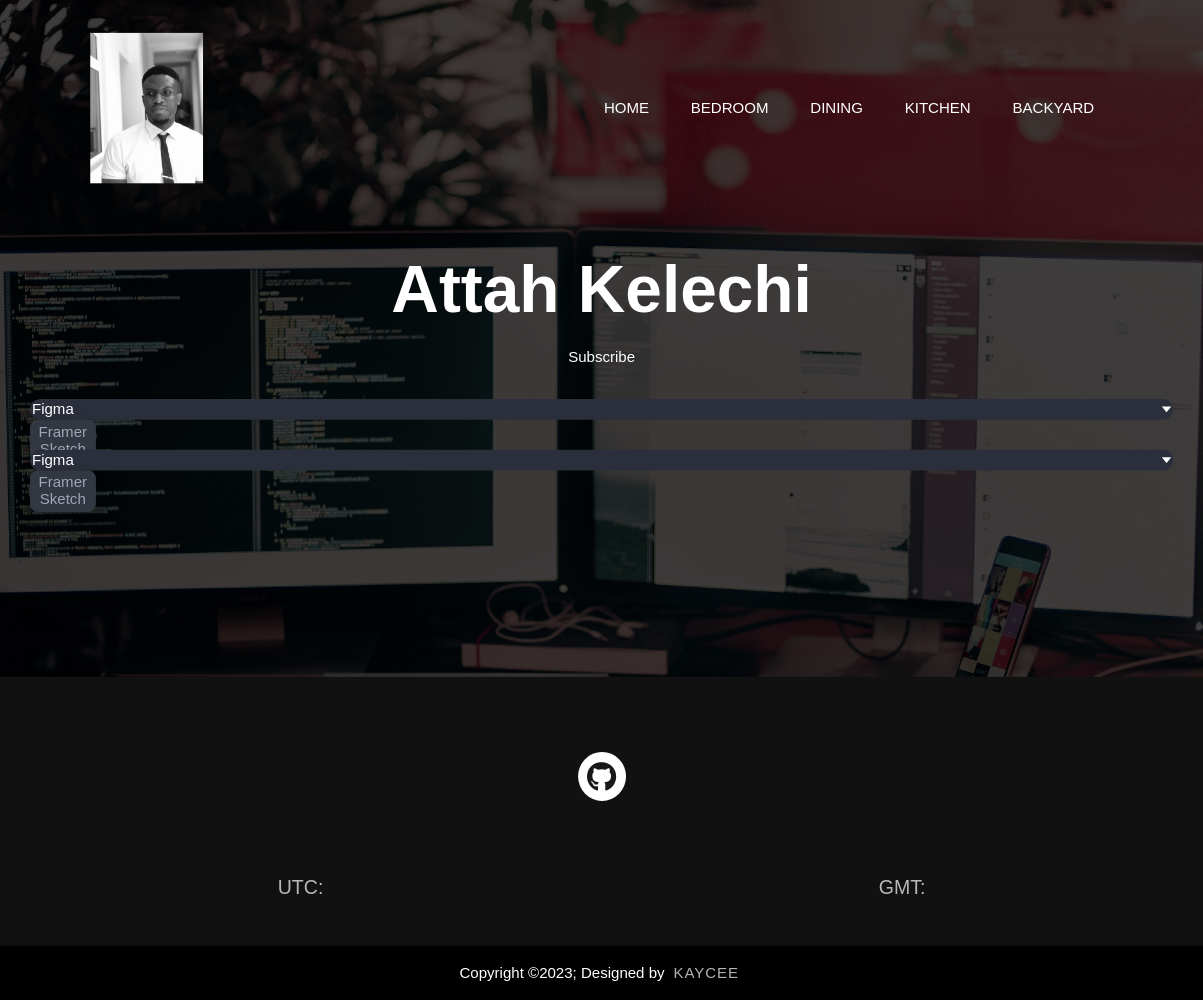
Repository: Kaycee-attah/HNG-Internship_2023
Page: index.html
The author's editor kept a copy of each file at every save. The page is drawn from the files as they stood at one save, then again after the next save.
The browser window is 1280 px wide. The pictures show the whole page, at 94% of full size.

Above is the page before, as saved 2023-09-07 09:48:59.

### index.html
<!DOCTYPE html>
<html lang="en">
<head>
    <meta charset="UTF-8">
    <meta name="viewport" content="width=device-width, initial-scale=1.0">
    <title>How to make a website - Easy tutorial</title>
    <link rel="stylesheet" href="style.css">
    <link rel="stylesheet" href="https://cdnjs.cloudflare.com/ajax/libs/font-awesome/6.4.2/css/all.min.css" integrity="sha512-z3gLpd7yknf1YoNbCzqRKc4qyor8gaKU1qmn+CShxbuBusANI9QpRohGBreCFkKxLhei6S9CQXFEbbKuqLg0DA==" crossorigin="anonymous" referrerpolicy="no-referrer" />
</head>
<body>
    <div class="banner">
        <div class="navbar">
            <img class="logo" src="slack_DP.JPG" alt="Kaycee" data-testid="slackDisplayImage">
            <ul>
                <li><a href="#">Home</a></li>
                <li><a href="#">Bedroom</a></li>
                <li><a href="#">Dining</a></li>
                <li><a href="#">Kitchen</a></li>
                <li><a href="#">Backyard</a></li>
            </ul>
        </div>
    </div>
    <div class="content">
        <h1 data-testid="slackUserName">Attah Kelechi</h1>
        <p>Subscribe</p>
        <div class="track_info">
            <div class="dropdown">
                <div class="select">
                    <span class="selected">Figma</span>
                    <div class="caret"></div>
                </div>
                <ul class="menu">
                    <li>Framer </li>
                    <li>Sketch </li>
                </ul>

                <!-- <button type="button"><span class="btn"></span> MORE</button>
                <button type="button"><span class="btn"></span>SUBSCRIBE</button> -->
            </div>
            <div class="dropdown">
                <div class="select">
                    <span class="selected">Figma</span>
                    <div class="caret"></div>
                </div>
                <ul class="menu">
                    <li>Framer </li>
                    <li>Sketch </li>
                </ul>

                <!-- <button type="button"><span class="btn"></span> MORE</button>
                <button type="button"><span class="btn"></span>SUBSCRIBE</button> -->
            </div>
        </div>


    </div>
    <footer>
        <div class="footer_Container">
            <div class="social-icon">
                <a href=""><i class="fa-brands fa-github"></i></a>
            </div>

        </div>
        <div class="footer_Info">
            <ul>
                <li>UTC: </li>
                <li>GMT: </li>
            </ul>
        </div>
        <div class="footer_Bottom">
            <p>Copyright &copy;2023; Designed by <span class="designer">Kaycee</span></p>
        </div>
    </footer>

    <script src="script.js"></script>
</body>

</html>

### style.css
*{
    margin: 0;
    padding: 0;
    font-family: sans-serif;

}
body{
    background-image: linear-gradient(rgba(0,0,0,0.75), rgba(0,0,0,0.75)), url(IMG_6759.JPG);
    background-size: cover;
    background-position: center;
}

.banner{
    width: 100%;
    height: 100vh;


}
.navbar{
    width: 85%;
    margin: auto;
    padding: 35px 0;
    display: flex;
    align-items: center;
    justify-content: space-between;
}
.logo{
    width: 120px;
    cursor: pointer;
}
.navbar ul li{
    list-style: none;
    display: inline-block;
    margin: 0 20px;
    position: relative;
}
.navbar ul li a{
    text-decoration: none;
    color: #fff;
    text-transform: uppercase;
}
.navbar ul li::after{
    content: "";
    height: 3px;
    width: 0;
    background: #009688;
    position: absolute;
    left: 0;
    bottom: -10px;
    transition: 0.5s;
}
.navbar ul li:hover::after{
    width: 100%;
}
.content{
    width: 100%;
    position: absolute;
    top: 50%;
    transform: translateY(-50%);
    text-align: center;
    color: #fff;
}
.content h1{
    font-size: 70px;
    margin-top: 80px;
}
.content p{
    margin: 20px auto;
    font-weight: 100;
    line-height: 25px;
}
.dropdown{
    min-width: 15em;
    position: relative;
    margin: 2em;
    /* display: flex;
    justify-content: space-between;
    align-items: center; */

}
.dropdown *{
    box-sizing: border-box;
}

.select{
    background: #2a2f3b;
    color: #fff;
    display: flex;
    justify-content: space-between;
    align-items: center;
    border: 2px #2a2f3b solid;
    border-radius: 1em;
    cursor: pointer;
    transition: background 0.3s;
}
.select-clicked{
    border: 2px #26489a solid;
    box-shadow: 0 0 0.8em #26489a;
}

.select:hover{
    background: #323741;
}

.caret{
    width: 0;
    height: 0;
    border-left: 5px solid transparent;
    border-right: 5px solid transparent;
    border-top: 6px solid #fff;
    transition: 0.3s;
}

.caret-rotate{
    transform: rotate(180deg);
}

.menu{
    list-style: none;
    padding: 0.2em 0.5em;
    background: #323741;
    border: 1px #363a43 solid;
    box-shadow: 0 0.5em 1em rgba(0, 0, 0, 0.2);
    border-radius: 0.5em;
    color: #9fa5b5;
    position: absolute;
}


button{
    width: 200px;
    padding: 15px 0;
    text-align: center;
    margin: 20px 10px;
    border-radius: 25px;
    font-weight: bold;
    border: 2px solid #009688;
    background: transparent;
    color: #fff;
    cursor: pointer;
    position: relative;
    overflow: hidden;
}
.btn{
    background: #009688;
    height: 100%;
    width: 0;
    border-radius: 25px;
    position: absolute;
    left: 0;
    bottom: 0;
    z-index: -1;
    transition: 0.5s;
}
button:hover span{
    width: 100%;
}
footer{
    background-color: #111;
    width: 100%;
}
.footer_Container{
    /* width: 100%; */
    padding: 70px 30px 20px;
}
.social-icon{
    display: flex;
    justify-content: center;
}
.social-icon a{
    text-decoration: none;
    padding: 10px;
    background-color: white;
    margin: 10px;
    border-radius: 50%;
}
.social-icon a i{
    font-size: 2em;
    color: black;
    opacity: 0.9;
}


.social-icon a:hover{
    background-color: #111;
    transition: 0.5s;
}
.social-icon a:hover i{
    background-color: white;
    transition: 0.5s;
}
.footer_Info{
    margin: 30px 0;
}
.footer_Info ul{
    display: flex;
    justify-content: space-around;
}
.footer_Info ul li{
    color: white;
    margin: 20px;
    text-decoration: none;
    list-style: none;
    font-size: 1.3em;
    opacity: 0.7;
    transition: 0.5s;
}

.footer_Bottom {
    background-color: #000;
    padding: 20px;
    text-align: center;
}
.footer_Bottom p{
    color: white;

}
.designer{
    opacity: 0.7;
    text-transform: uppercase;
    letter-spacing: 1px;
    font-weight: 400;
    margin: 0px 5px;
    /* position: fixed; */
}

@media (max-width: 700px){
    .footer_Info ul{
        flex-direction: column;
    }
    .footer_Info ul li{
        width: 100%;
        text-align: center;
        margin: 10px 0;
    }
}

### script.js
const now = new Date();
const day = now.getDay();
const hours = now.getHours();
const minutes = now.getMinutes();
const UTCtimeStamp = now.getTime();
const GMTdate_and_time = now.toUTCString();
const daysOfWeek = [
    "Sunday",
    "Monday",
    "Tuesday",
    "Wednesday",
    "Thursday",
    "Friday",
    "Saturday"
]
const today = daysOfWeek[day];
const UTC = now.getUTCMilliseconds();
console.log("Current day of the week:", today)
console.log("UTC:", UTC)

console.log("UTCtimeStamp:", UTCtimeStamp)
console.log("GMTdate_and_time:", GMTdate_and_time)

After the next save:
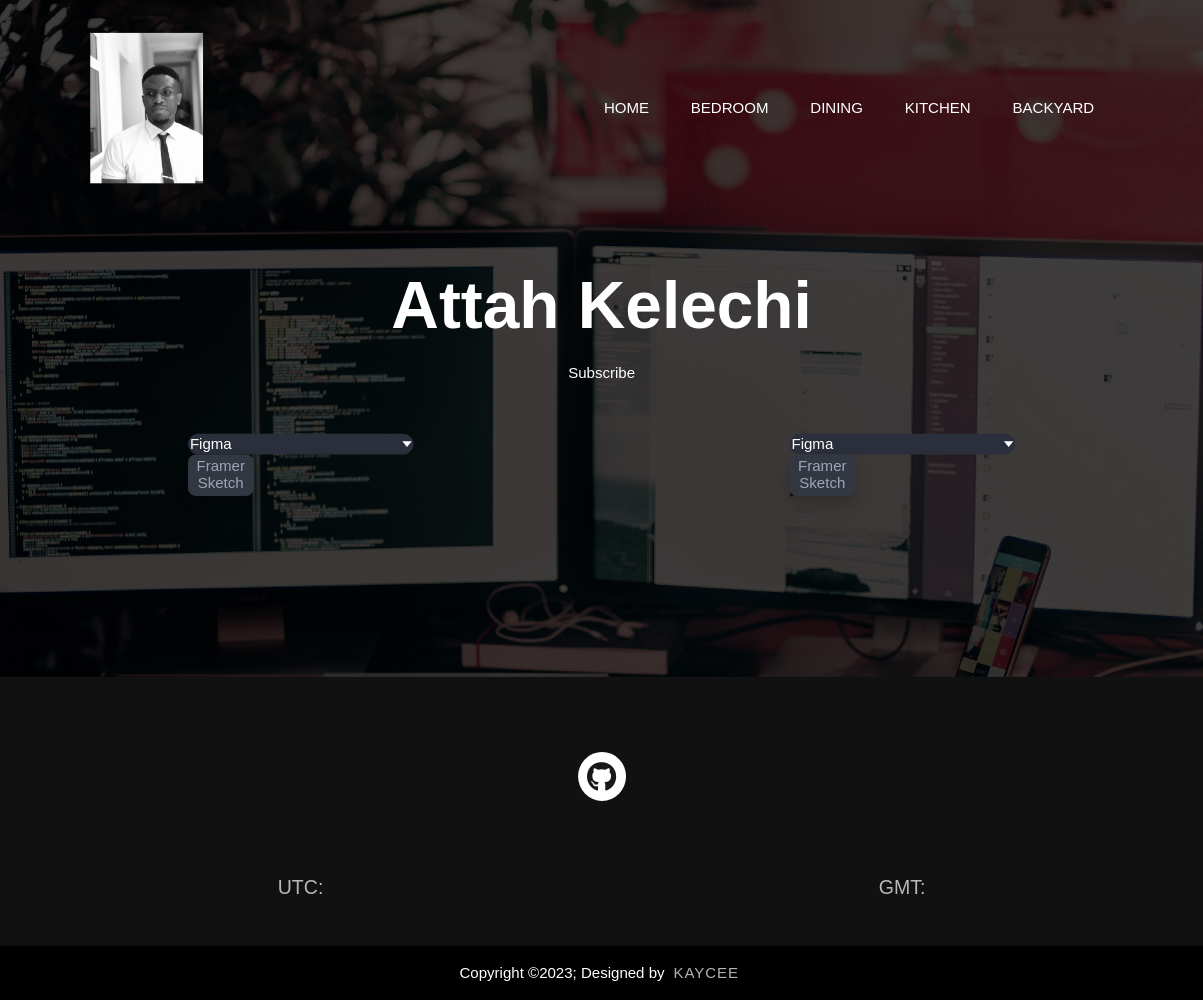
Saved 83 s later.
--- a/style.css
+++ b/style.css
@@ -68,6 +68,11 @@ body{
     margin: 20px auto;
     font-weight: 100;
     line-height: 25px;
+}
+.track_info {
+    display: flex;
+    justify-content: space-around;
+    align-items: center;
 }
 .dropdown{
     min-width: 15em;
